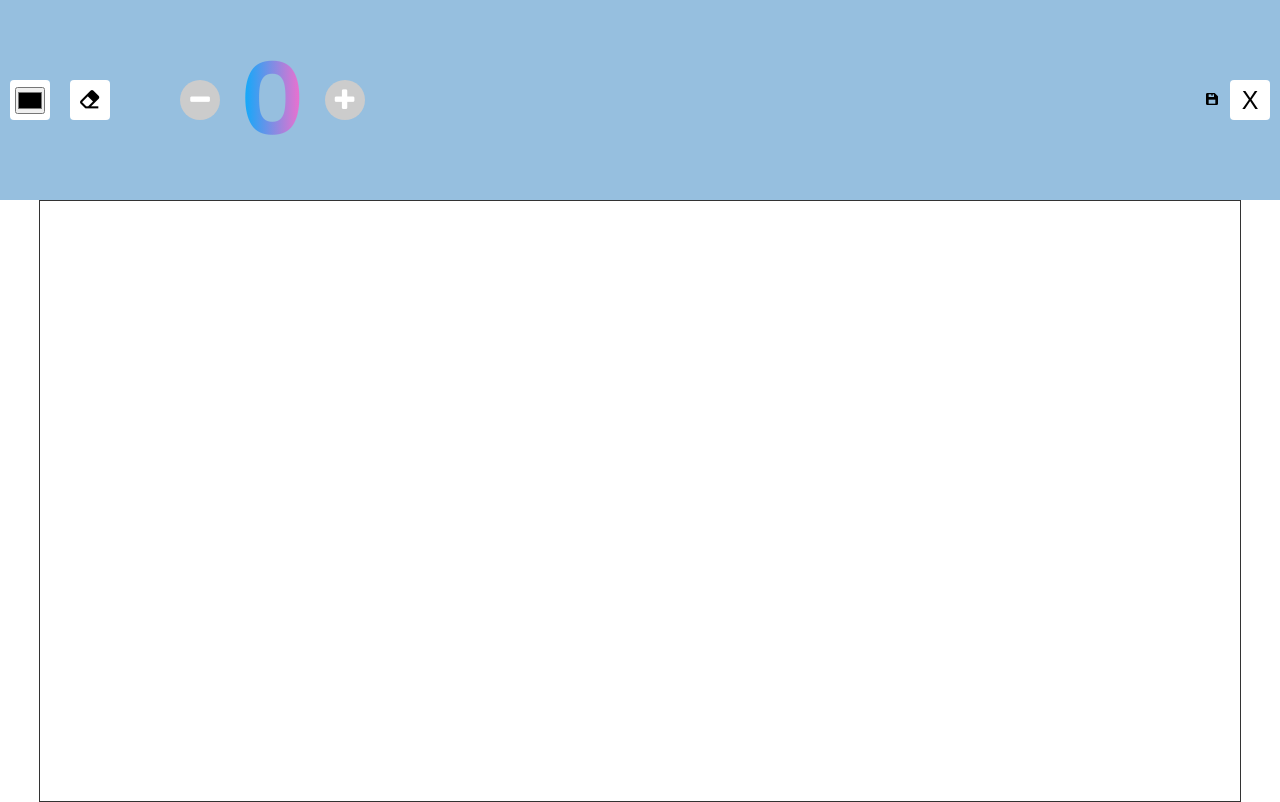
Repository: reminzuetto/DrawingApp
Page: index.html
An editor plug-in stored every save of this project. The page is shown before and after the next save, followed by the edit.
The browser window is 1280 px wide. The pictures show the whole page.

Above is the page before, as saved 2024-06-10 20:30:34.
Console error: TypeError: Cannot read properties of null (reading 'addEventListener')
Not found: app.css

After the next save:
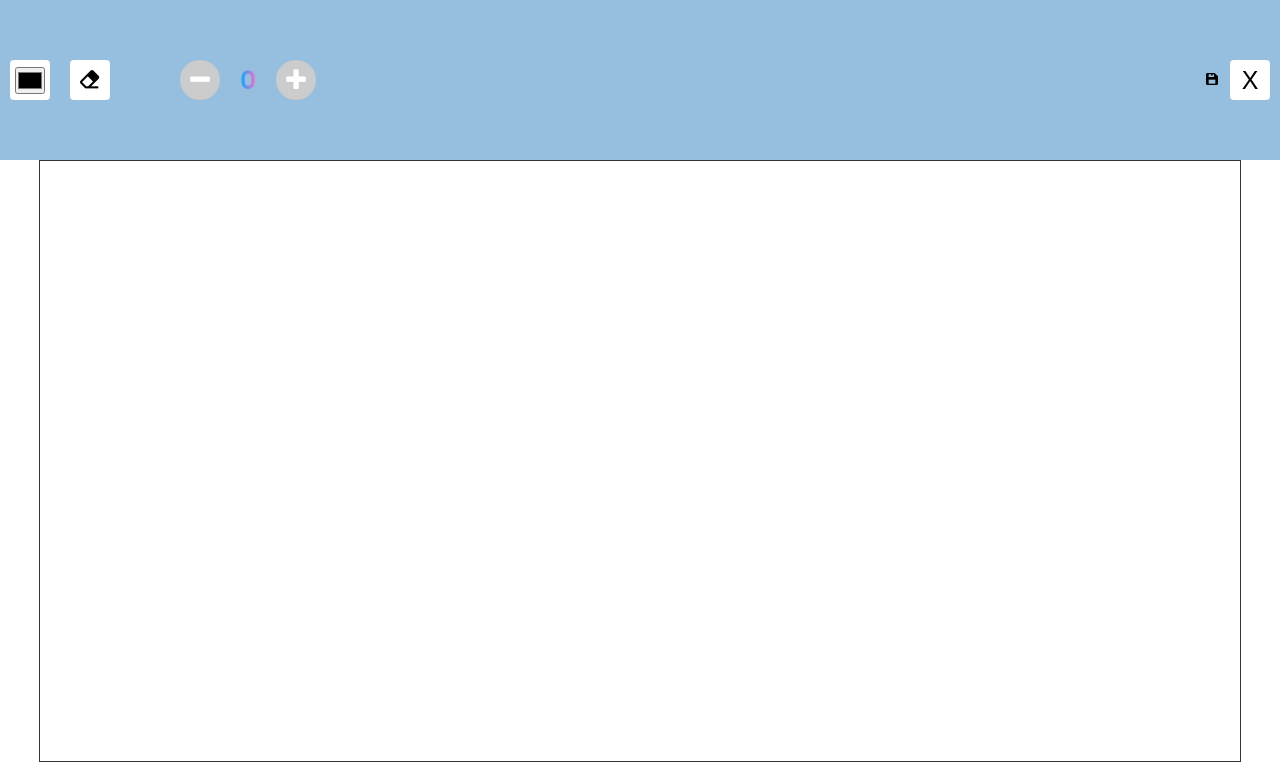
Saved 40 s later.
--- a/style.css
+++ b/style.css
@@ -104,7 +104,7 @@ body {
   margin: 50px;
 }
 .counter-number {
-  font-size: 100px;
+  font-size: 25px;
   margin: 0 10px;
   color: transparent;
   background-image: linear-gradient(to right, #00aefd, #ff6bcb);
